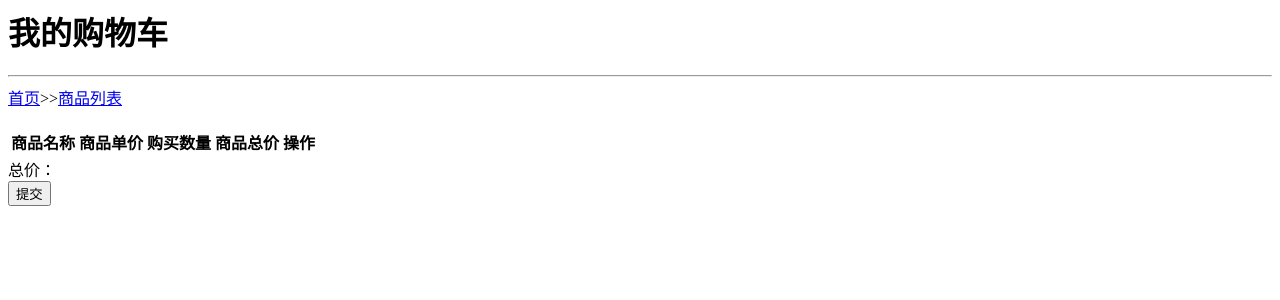
Repository: DFmoon/Servlet
Page: http://localhost/Exercise/6.5_cart.jsp
The author's editor kept a copy of each file at every save. The page is drawn from the files as they stood at one save, then again after the next save.
The browser window is 1280 px wide. The pictures show the whole page.
The page is served by Tomcat 9.

Above is the page before, as saved 2018-08-20 01:46:02.

After the next save:
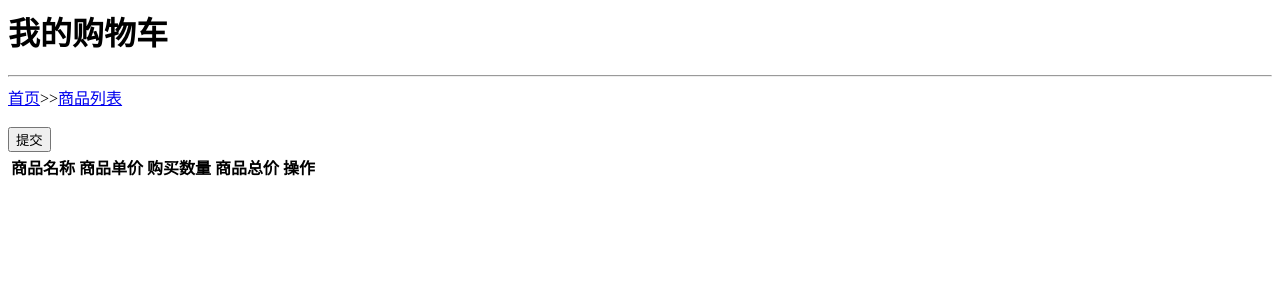
Saved 2 min 4 s later.
--- a/Exercise/WebContent/6.5_cart.jsp
+++ b/Exercise/WebContent/6.5_cart.jsp
@@ -49,11 +49,10 @@
     					<td><a href="">删除</a></td>
     				</tr>
     				<!-- 循环的结束 -->
-    				<%		}
-    					}
-    				%>
+    					<%}%>
     			</table>
-    			<div>总价：<span id="total"></span></div>
+    			<div>总价：<%=c.calTotal() %></div>
+    			<%} %>
     			<div><input type="submit" value="提交" / ></div>
     		</form>
     	</div>
